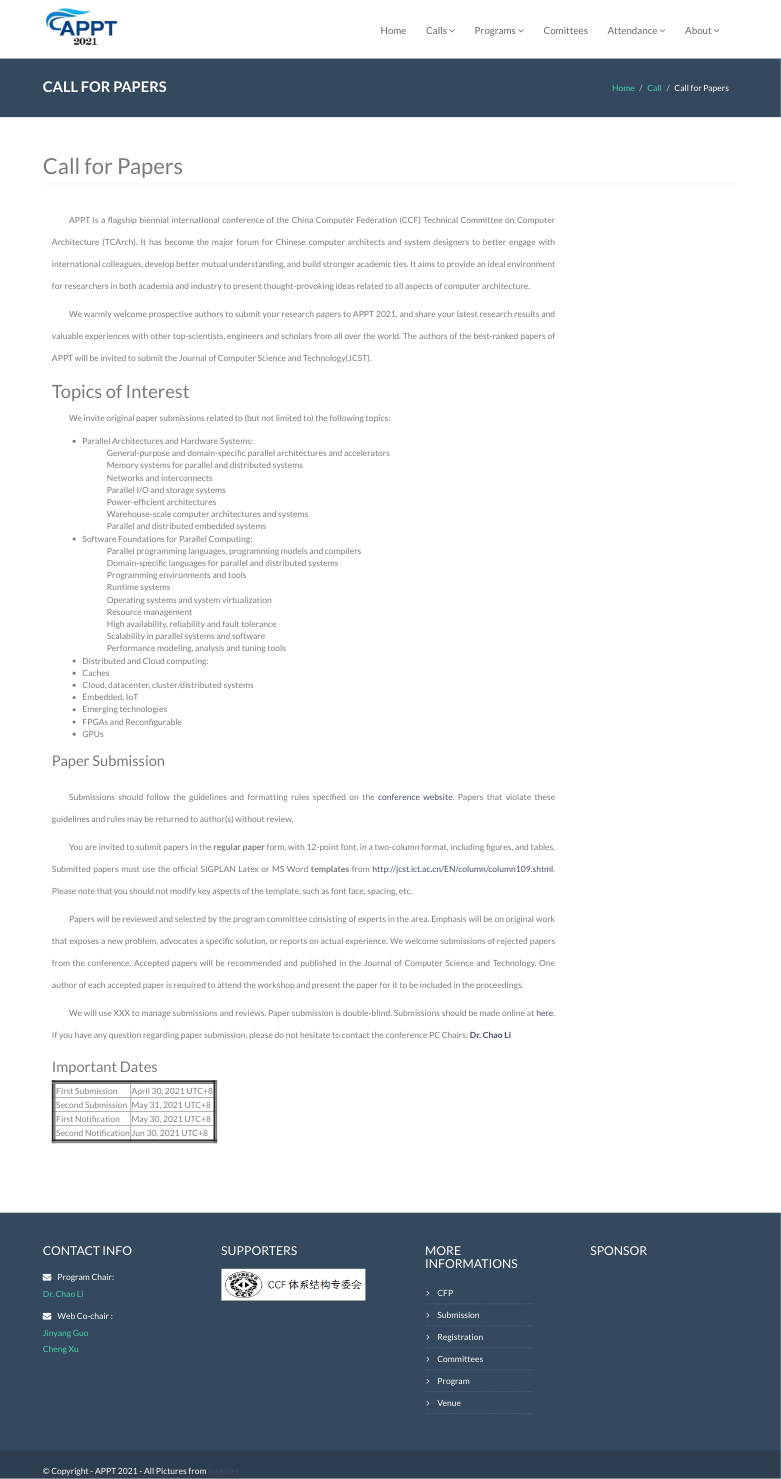
Repository: APPT2021/APPT2021.github.io
Page: call-papers.html
The author's editor kept a copy of each file at every save. The page is drawn from the files as they stood at one save, then again after the next save.
The browser window is 1280 px wide. The pictures show the whole page, at 61% of full size.

Above is the page before, as saved 2021-03-25 00:34:07.
Console error: ReferenceError: jQuery is not defined

After the next save:
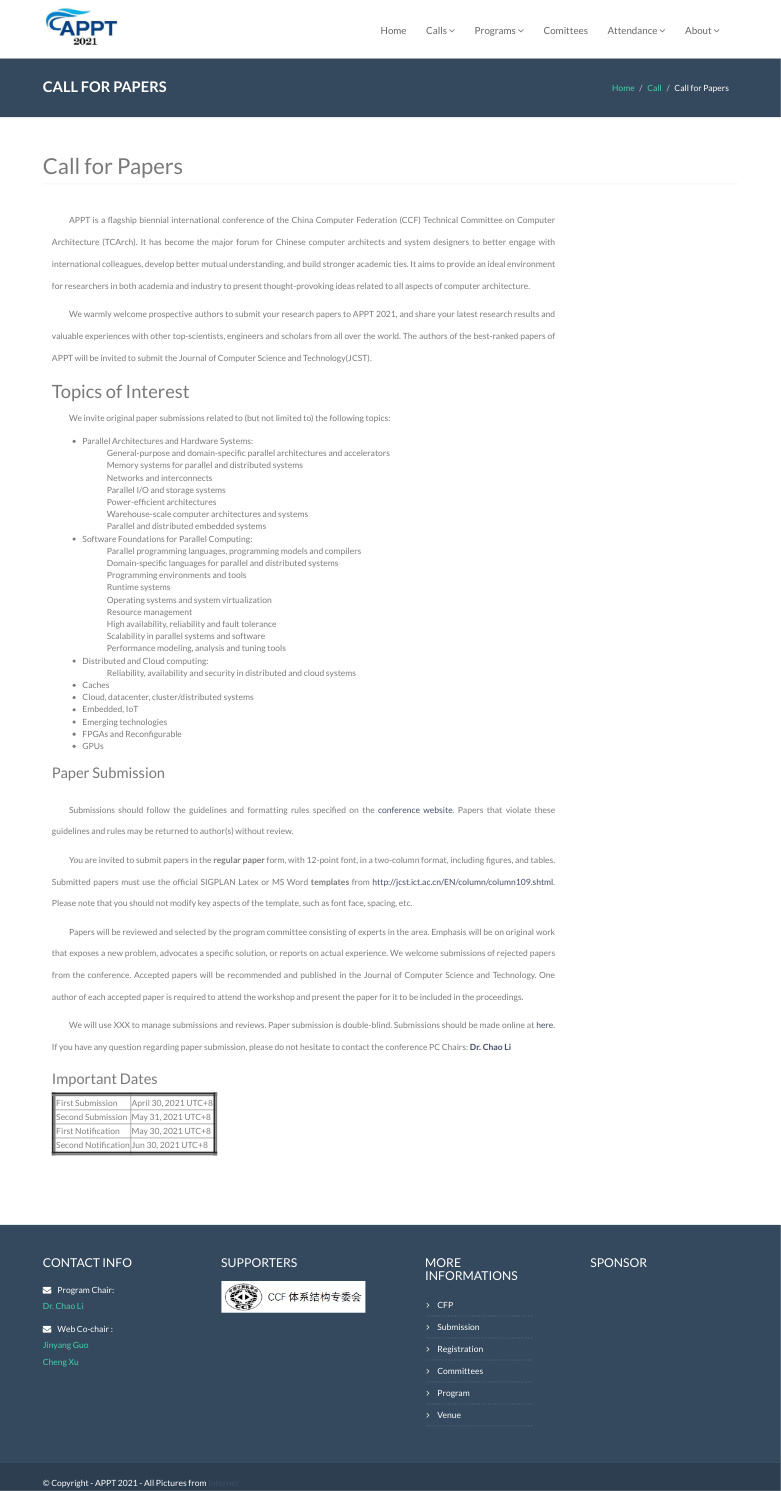
Saved 12 s later.
--- a/call-papers.html
+++ b/call-papers.html
@@ -114,7 +114,7 @@
 			</li>
 			<li style=" text-align: justify;">
 				Distributed and Cloud computing:
-				<ol></ol>
+				<ol>Reliability, availability and security in distributed and cloud systems</ol>
 				<ol></ol>
 				<ol></ol>
 				<ol></ol>
